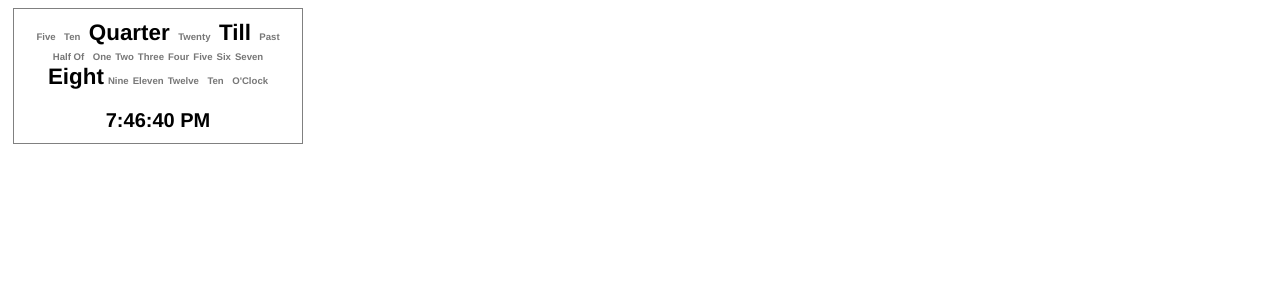
Repository: Skaidrius/WordClock
Page: index.html
The author's editor kept a record of every edit. The page is drawn from the files as they stood at one moment, then again after the next edit.
The browser window is 1280 px wide. The pictures show the whole page.
Some web libraries are served in a nearby version.

Above is the page before.

### index.html
<!DOCTYPE html>
<html>

<head>
    <meta charset="UTF-8">
    <title>Laikrodukas</title>
    <link type="text/css" rel="stylesheet" href="style.css"></link>
    <link type="text/css" rel="stylesheet" href="bower_components/ng-picky/src/style.css"></link>
</head>

<body ng-app="clockApp" ng-init="en=true; change=false">

    <div >
        <!--CLOCKS-->

        <!--clock english-->
        <clock-en ng-show='en'
            ng-click="  change=!change;
                        sets=false;
                        color=false;
                        picker=false;
                        lang=false"
            ng-init="   init();
                        timeEn.showClassName='active';
                        timeEn.hiddenClassName='passive';
                        change=false;
                        picker=false">
        </clock-en>
        <!--clock lithuanian-->
        <clock-lt ng-show="lt"
            ng-click="  change=!change;
                        sets=false;
                        color=false;
                        picker=false;
                        lang=false"
            ng-init="   init();
                        timeLt.showClassName='active';
                        timeLt.hiddenClassName='passive';
                        change=false;
                        picker=false">
        </clock-lt>
    </div>

    <div>
        <!--BUTTONS/SETTINGS -->

        <!--1. Min/max-->
        <button ng-show="change && en" ng-click="timeEn.changeClass(); change=!change">Max/Min</button>
        <button ng-show="change && lt" ng-click="timeLt.changeClass(); change=!change">Max/Min</button>

        <!--2. Settings-->
        <button ng-show="change" ng-init="en=true" ng-click="sets=!sets; color=false; lang=false; picker=false">
            <span ng-show="lt">Nustatymai</span>
            <span ng-show="en">Settings</span>
        </button>

        <!--3. Back -->
        <button ng-show="change" ng-init="en=true" ng-click="change=!change; sets=false">
            <span ng-show="lt">Laikrodis</span>
            <span ng-show="en">ClockView</span>
        </button>

        <!--2.1. Language -->
        <button ng-show="change && sets" ng-click="lang=!lang; color=false">
            <span ng-show="lt">Kalba</span>
            <span ng-show="en">Language</span>
        </button>

        <!--2.1.1. Language > pick language button-->
        <button ng-show="change && sets && lang">
            <span ng-show="lt" ng-click="en=true; lt=false; change=!change">En</span>
            <span ng-show="en" ng-click="en=false; lt=true; change=!change">Lt</span>
        </button>

        <!--2.2. Colors -->
        <button ng-show="change && sets" ng-click="color=!color; lang=false">
            <span ng-show="lt">Spalvos</span>
            <span ng-show="en">Color</span>
        </button>

        <!--2.2.1. Colors > background-->
        <button ng-show="change && sets && color" ng-click="picker=!picker">
            <span ng-show="lt">Fonas</span>
            <span ng-show="en">Background</span>
        </button>

        <!--2.2.2. Colors > font-->
        <button ng-show="change && sets && color" ng-click="picker=!picker">
            <span ng-show="lt">Raidės</span>
            <span ng-show="en">Font</span>
        </button>

        <!--2.2.1.1 && 2.2.2.1. Colors > background(font)> color - picker-->
        <div ng-show="picker">
        <div ng-show="picker" class='preview' style='color:{{color | toHex}};'></div>
        <picker ng-show="picker" color='color'></picker>
        </div>

        <!--HOURS AND MINS TEST ENVIRONMENT -->
        <div ng-show="change" ng-init="currHours = '1'; currMins = '0'; currSecs = '0'">
            <button ng-init="show=false;" ng-click="show=!show">Test</button>
            <div ng-show="show" >
                <clock-lt-test></clock-lt-test>
                    <input type="number" ng-model="currHours">
                    <input type="number" ng-model="currMins">
            </div>
        </div>
    </div>

<script src="https://ajax.googleapis.com/ajax/libs/angularjs/1.3.12/angular.min.js"></script>
<script type="text/javascript" src="app.module.js"></script>
<script type="text/javascript" src="controllers/time-en-controller.js"></script>
<script type="text/javascript" src="controllers/time-lt-controller.js"></script>
<script type="text/javascript" src="controllers/time-lt-test-controller.js"></script>
<script type="text/javascript" src="directives/clock-en-directive.js"></script>
<script type="text/javascript" src="directives/clock-lt-directive.js"></script>
<script type="text/javascript" src="directives/clock-lt-test-directive.js"></script>
<script type="text/javascript" src="services/data-en-service.js"></script>
<script type="text/javascript" src="services/data-lt-service.js"></script>
<script type="text/javascript" src="services/change-class-factory.js"></script>
<script type="text/javascript" src="bower_components/ng-picky/src/ng-picky.js"></script>

</body>

</html>

### style.css
body {
    font-family: 'Helvetica Neue',sans-serif;
}

.clck-bgr {
    text-align: center;
    max-width: 300px;
}

ul {
    max-width: 512px;
    height: auto;
    border: 1px solid grey;
    padding: 0.7em;
    margin: 5px;

}
ul li    {
    list-style: none;
    display: inline-block;
    padding: 0 2px;
    font-weight: bold;
}

button, input {
	background: #fff;
	margin: 5px;
	padding:5px 10px;
	max-width: 110px;
	color:#623F1D;
	font-family:'Helvetica Neue',sans-serif;
	font-size:16px;
	border-radius:30px;
	-moz-border-radius:30px;
	-webkit-border-radius:30px;
	border:1px solid grey;
}

.active {
    color: #000;
    font-size: 1.4em}
.passive  {
    color: #777;
    font-size: 0.6em}

.visible {
    visibility: visible;
    margin-top: 0.3em;
    font-size: 2em}
.hidden {
    display: none;
    font-size: 0.6em}

.digital {
    font-size: 20px;
    border: none;
    margin-bottom: 0;
    padding-bottom: 0;
}

### app.module.js
angular
    .module('clockApp', ['ngPicky']);

### controllers/time-en-controller.js
(function () {

'use strict';

function TimeEnController ($interval, $filter) {

    var vm = this;

//timeen
    vm.init = $interval(function(){
        vm.input = new Date();
        vm.currHours = $filter('date')(vm.input, 'h');
        vm.currMins = $filter('date')(vm.input, 'mm');
        vm.currSecs = $filter('date')(vm.input, 'ss');
        vm.currAP = $filter('date')(vm.input, 'a');
        },100 );

//dataen
    vm.hoursArray = [ {value:   1,     name: "One" },
                        {value:   2,     name: "Two"    },
                        {value:   3,     name: "Three"  },
                        {value:   4,     name: "Four"   },
                        {value:   5,     name: "Five"   },
                        {value:   6,     name: "Six"    },
                        {value:   7,     name: "Seven"  },
                        {value:   8,     name: "Eight"  },
                        {value:   9,     name: "Nine"   },
                        {value:  11,     name: "Eleven" },
                        {value:  12,     name: "Twelve"    },
                        {value:  13,     name: "One"      } ];

    vm.tenHours = {value:  10,     name: "Ten"   };
    vm.five =   {value:  5,     name:  "Five"    };

    vm.till = "Till";
    vm.after = "Past";

    vm.ten = "Ten";
    vm.fifteen = "Quarter";
    vm.twenty = "Twenty";
    vm.half = "Half Of";
    vm.hour = "O'Clock";

//classes
    vm.changeClass = function(){
        if (vm.showClassName != "active"){
            vm.showClassName = "active";
            vm.hiddenClassName = "passive";
          } else {
            vm.showClassName = "visible";
            vm.hiddenClassName = "hidden";
          }
    };
}

angular
    .module('clockApp')
    .controller('TimeEnController', ['$interval', '$filter', TimeEnController]);
})();

### controllers/time-lt-test-controller.js
(function () {

'use strict';

function TimeLtTestController() {

    var vm = this;
    //data
    vm.hoursPastHalf= [ {value:   1,     name: "Pirma" },
                    {value:   2,     name: "Dvi"        },
                    {value:   3,     name: "Trys"       },
                    {value:   4,     name: "Keturios"   },
                    {value:   6,     name: "Šešios"     },
                    {value:   7,     name: "Septynios"  },
                    {value:   8,     name: "Aštuonios"  },
                    {value:   9,     name: "Devynios"   },
                    {value:  11,     name: "Vienuolika" },
                    {value:  12,     name: "Dvylika"    },
                    {value:  13,     name: "Pirma"      } ];

    vm.tenHours = {value:  10,  name: "Dešimt"      };
    vm.five =   {value:  5,     name:  "Penkios"    };

    vm.hoursPastZero = [ {value:  1,     name: "Pirmos"     },
                    {value:  2,     name: "Dviejų"      },
                    {value:  3,     name: "Trijų"       },
                    {value:  4,     name: "Keturių"     },
                    {value:  5,     name: "Penkių"      },
                    {value:  6,     name: "Šešių"       },
                    {value:  7,     name: "Septynių"    },
                    {value:  8,     name: "Aštuonių"    },
                    {value:  9,     name: "Devynių"     },
                    {value:  11,    name: "Vienuolikos" },
                    {value:  12,    name: "Dvylikos"    },
                    {value:  13,    name: "Pirmos"      }  ];

    vm.till = "Be";
    vm.after = "Po";

    vm.fivetill = "Penkių";
    vm.ten = "Dešimt";
    vm.quarter = "Penkiolikos";
    vm.fifteen = "Penkiolika";
    vm.twenty = "Dvidešimt";
    vm.half = "Pusė";
    vm.afterhalf = "Pusės";

    vm.hour = "Valanda";
    vm.hours = "Valandos";
    vm.morehour = "Valandų";

    //classes
    vm.showClassName = 'active';
    vm.hiddenClassName = 'passive';

}

angular
    .module('clockApp')
    .controller('TimeLtTestController', TimeLtTestController);

})();

### directives/clock-en-directive.js
(function () {

'use strict';

function clockEn() {

    var directive = {
        restrict: 'E',
        templateUrl: 'directives/clock-en.html',
        controller: "TimeEnController",
        controllerAs: "timeEn"
    };
    return directive;
}

angular
    .module('clockApp')
    .directive('clockEn', clockEn);
})();

### directives/clock-lt-directive.js
(function () {

'use strict';

function clockLt() {

    var directive = {
        restrict: 'E',
        templateUrl: 'directives/clock-lt.html',
        controller: "TimeLtController",
        controllerAs: "timeLt"
    };
    return directive;
}

angular
    .module('clockApp')
    .directive('clockLt', clockLt);
})();

### directives/clock-lt-test-directive.js
(function () {

'use strict';

function testLt() {

    var directive = {
        restrict: 'E',
        templateUrl: 'directives/clock-lt-test.html',
        controller: "TimeLtTestController",
        controllerAs: "testLt"
    };
    return directive;

}

angular
    .module('clockApp')
    .directive('clockLtTest', testLt);

})();

### services/data-en-service.js
(function () {

'use strict';

function data() {

    return {

        hoursArray : [ {value:   1,     name: "One" },
                            {value:   2,     name: "Two"    },
                            {value:   3,     name: "Three"  },
                            {value:   4,     name: "Four"   },
                            {value:   5,     name: "Five"   },
                            {value:   6,     name: "Six"    },
                            {value:   7,     name: "Seven"  },
                            {value:   8,     name: "Eight"  },
                            {value:   9,     name: "Nine"   },
                            {value:  11,     name: "Eleven" },
                            {value:  12,     name: "Twelve"    },
                            {value:  13,     name: "One"      } ],

        tenHours : {value:  10,     name: "Ten"   },
        five :  {value:  5,     name:  "Five"    },

        till : "Till",
        after : "Past",

        ten : "Ten",
        fifteen : "Quarter",
        twenty : "Twenty",
        half : "Half Of",
        afterhalf : "Half Of",

        hour : "O'Clock"


    };

    }

angular
    .module('clockApp')
    .factory('dataEn', data);

})();

### directives/clock-en.html
<div class="clck-bgr">
<ul>
    <!--shows FIVE-->
    <li ng-class="timeEn.currMins < 10 && timeEn.five.value == timeEn.currHours ||
                    timeEn.currMins >=5 && timeEn.currMins < 10 ||
                    timeEn.currMins >= 35 && timeEn.currMins < 40 ||
                    timeEn.currMins >=25 && timeEn.currMins < 30 ||
                    timeEn.currMins >=  55 ?
                        timeEn.showClassName : timeEn.hiddenClassName">{{timeEn.five.name}}</li>

    <!--shows TEN                -->
    <li ng-class="timeEn.currMins >= 50 && timeEn.currMins < 55 ||
                    timeEn.currMins >=10 && timeEn.currMins < 15 ?
                        timeEn.showClassName : timeEn.hiddenClassName">{{timeEn.ten}}</li>

    <!--shows QUARTER                    -->
    <li ng-class="timeEn.currMins >= 15 && timeEn.currMins < 20 ||
                    timeEn.currMins >= 45 && timeEn.currMins < 50 ?
                        timeEn.showClassName : timeEn.hiddenClassName">{{timeEn.fifteen}}</li>

    <!--shows TWENTY                    -->
    <li ng-class="timeEn.currMins >= 40 && timeEn.currMins < 45 ||
                    timeEn.currMins >= 20 && timeEn.currMins < 25 ?
                        timeEn.showClassName : timeEn.hiddenClassName">{{timeEn.twenty}}</li>

    <!--shows TILL -->
    <li ng-class="timeEn.currMins >= 25 && timeEn.currMins < 30 ||
                    timeEn.currMins >= 40 ?
                        timeEn.showClassName : timeEn.hiddenClassName">{{timeEn.till}}</li>

    <!--shows PAST -->
    <li ng-class="timeEn.currMins >= 5 && timeEn.currMins < 25 ||
                    timeEn.currMins >= 35 && timeEn.currMins < 40 ?
                        timeEn.showClassName : timeEn.hiddenClassName">{{timeEn.after}}</li>

    <!--shows HALF OF -->
    <li ng-class="timeEn.currMins >= 25 && timeEn.currMins < 35 ||
                    timeEn.currMins >= 35 && timeEn.currMins < 40 ||
                    timeEn.currMins >= 35 && timeEn.currMins < 40 ?
                        timeEn.showClassName : timeEn.hiddenClassName">{{timeEn.half}}</li>

    <!--shows HOURS -->
    <li ng-show="item.value!= 13"
        ng-repeat="item in timeEn.hoursArray"
        ng-class="timeEn.currMins >= 40 && item.value-1 == timeEn.currHours ||
                    timeEn.currMins < 5 && item.value == timeEn.currHours ||
                    timeEn.currMins >= 5 && timeEn.currMins < 25 && item.value == timeEn.currHours ||
                    timeEn.currMins >= 25 && item.value-1 == timeEn.currHours ||
                    timeEn.currMins >= 25 && item.value == timeEn.currHours-11?
                        timeEn.showClassName : timeEn.hiddenClassName">{{item.name }}</li>

    <!--shows TEN HOUR -->
    <li ng-class="timeEn.currMins >= 0 && timeEn.currMins < 25 && timeEn.currHours == timeEn.tenHours.value ||
                    timeEn.currMins >= 25 && timeEn.tenHours.value-1 == timeEn.currHours?
                        timeEn.showClassName : timeEn.hiddenClassName">{{timeEn.tenHours.name}}</li>

    <!--shows O'CLOCK -->
    <li ng-class="timeEn.currMins < 5 ?
                        timeEn.showClassName : timeEn.hiddenClassName">{{timeEn.hour}}</li>

    <!--shows DIGITAL CLOCK + PM -->
    <ul class="digital">
        <li>{{timeEn.currHours}}:{{timeEn.currMins}}:{{timeEn.currSecs}} {{timeEn.currAP}}</li>
    </ul>

</ul>


</div>

### directives/clock-lt.html
<div class="clck-bgr">
<ul>
    <!--shows PO -->
    <li ng-class="timeLt.currMins >= 5 && timeLt.currMins < 25 ||
                    timeLt.currMins >= 35 && timeLt.currMins < 40 ?
                        timeLt.showClassName : timeLt.hiddenClassName">{{timeLt.after}}</li>

    <!--shows BE -->
    <li ng-class="timeLt.currMins >= 25 && timeLt.currMins < 30 ||
                    timeLt.currMins >= 40 ?
                        timeLt.showClassName : timeLt.hiddenClassName">{{timeLt.till}}</li>

    <!--shows PUSES -->
    <li ng-class="timeLt.currMins >= 35 && timeLt.currMins < 40 ?
                        timeLt.showClassName : timeLt.hiddenClassName ">{{timeLt.afterhalf}}</li>

    <!--shows PENKIU -->
    <li ng-class="timeLt.currMins >= 25 && timeLt.currMins < 30 ||
                    timeLt.currMins >=  55 ?
                        timeLt.showClassName : timeLt.hiddenClassName">{{timeLt.fivetill}}</li>

    <!--shows DESIMT -->
    <li ng-class="timeLt.currMins >= 50 && timeLt.currMins < 55 ||
                    timeLt.currMins >= 10 && timeLt.currMins < 15 && timeLt.currHours == timeLt.tenHours.value ||
                    timeLt.currMins >= 10 && timeLt.currMins < 15 && timeLt.currHours - 12 == timeLt.tenHours.value ?
                        timeLt.showClassName : timeLt.hiddenClassName">{{timeLt.ten}}</li>

    <!--shows PENKIOLIKOS -->
    <li ng-class="timeLt.currMins >= 45 && timeLt.currMins < 50 ?
                        timeLt.showClassName : timeLt.hiddenClassName">{{timeLt.quarter}}</li>

    <!--shows DVIDESIMT -->
    <li ng-class="timeLt.currMins >= 40 && timeLt.currMins < 45 ?
                        timeLt.showClassName : timeLt.hiddenClassName">{{timeLt.twenty}}</li>

    <!--shows PUSE -->
    <li ng-class="timeLt.currMins >= 25 && timeLt.currMins < 35 ?
                        timeLt.showClassName : timeLt.hiddenClassName">{{timeLt.half}}</li>

    <!--shows HOURS past half (hours + 1)-->
    <li ng-show="item.value!= 13"
        ng-repeat="item in timeLt.hoursPastHalf"
        ng-class="timeLt.currMins >= 40 && item.value-1 == timeLt.currHours ||
                    timeLt.currMins >= 40 && item.value-1 == timeLt.currHours-12 ||
                    timeLt.currMins < 5 && item.value == timeLt.currHours ||
                    timeLt.currMins < 5 && item.value == timeLt.currHours - 12?
                        timeLt.showClassName : timeLt.hiddenClassName">{{item.name }}</li>

    <!--shows HOURS past zero -->
    <li ng-show="item.value!= 13"
        ng-repeat="item in timeLt.hoursPastZero"
        ng-class="timeLt.currMins >= 5 && timeLt.currMins < 25 && item.value == timeLt.currHours ||
                    timeLt.currMins >= 5 && timeLt.currMins < 25 && item.value == timeLt.currHours -12 ||
                    timeLt.currMins >= 25 && timeLt.currMins < 40 && item.value-1 == timeLt.currHours ||
                    timeLt.currMins >= 25 && timeLt.currMins < 40 && item.value-1 == timeLt.currHours - 12 ?
                        timeLt.showClassName : timeLt.hiddenClassName">{{item.name }}</li>

    <!--shows DESIMT -->
    <li ng-class="timeLt.currMins > 9 && timeLt.currMins < 15 ||
                    timeLt.currHours == timeLt.tenHours.value && timeLt.currMins >= 0 && timeLt.currMins < 25 ||
                    timeLt.currHours - 12 == timeLt.tenHours.value && timeLt.currMins >= 0 && timeLt.currMins < 25 ||
                    timeLt.currMins >= 25 && timeLt.currMins < 60 && timeLt.tenHours.value-1 == timeLt.currHours ||
                    timeLt.currMins >= 25 && timeLt.currMins < 60 && timeLt.tenHours.value-1 == timeLt.currHours - 12 ?
                        timeLt.showClassName : timeLt.hiddenClassName">{{timeLt.tenHours.name}}</li>
    <!--shows PENKIOS -->
    <li ng-class="timeLt.currMins < 10 && timeLt.five.value == timeLt.currHours ||
                    timeLt.currMins < 10 && timeLt.five.value == timeLt.currHours - 12 ||
                    timeLt.currMins > 35 && timeLt.five.value-1 == timeLt.currHours ||
                    timeLt.currMins > 35 && timeLt.five.value-1 == timeLt.currHours - 12 ||
                    timeLt.currMins >=5 && timeLt.currMins < 10 ||
                    timeLt.currMins >= 35 && timeLt.currMins < 40 ?
                        timeLt.showClassName : timeLt.hiddenClassName">{{timeLt.five.name}}</li>

    <!--shows PENKIOLIKA -->
    <li ng-class="timeLt.currMins >= 15 && timeLt.currMins < 20 ?
                        timeLt.showClassName : timeLt.hiddenClassName">{{timeLt.fifteen}}</li>

    <!--shows DVIDESIMT -->
    <li ng-class="timeLt.currMins >= 20 && timeLt.currMins < 25 ?
                        timeLt.showClassName : timeLt.hiddenClassName">{{timeLt.twenty}}</li>

    <!--shows VALANDA -->
    <li ng-class="timeLt.currMins < 5 && timeLt.currHours == 1 ||
                    timeLt.currMins < 5 && timeLt.currHours - 12 == 1 ?
                        timeLt.showClassName : timeLt.hiddenClassName">{{timeLt.hour}}</li>

    <!--shows VALANDOS -->
    <li ng-class="timeLt.currMins < 5 && timeLt.currHours > 1 && timeLt.currHours <= 9 ||
                    timeLt.currMins < 5 && timeLt.currHours > 13 && timeLt.currHours <= 21 ?
                        timeLt.showClassName : timeLt.hiddenClassName">{{timeLt.hours}}</li>

    <!--shows VALANDU -->
    <li ng-class="timeLt.currMins < 5 && timeLt.currHours > 9 && timeLt.currHours < 13 ||
                    timeLt.currMins < 5 && timeLt.currHours > 21 ?
                        timeLt.showClassName : timeLt.hiddenClassName">{{timeLt.morehour}}</li>

    <!--shows DIGITAL CLOCK -->
    <ul class="digital">
        <li>{{timeLt.currHours}}:{{timeLt.currMins}}:{{timeLt.currSecs}}</li>
    </ul>
</ul>
</div>

### directives/clock-lt-test.html
<div class="clck-bgr">
<ul>
    <li ng-class="currMins >= 5 && currMins < 25 ||
                    currMins >= 35 && currMins < 40 ?
                        testLt.showClassName : testLt.hiddenClassName">{{testLt.after}}</li>

    <li ng-class="currMins >= 25 && currMins < 30 ||
                    currMins >= 40 ?
                        testLt.showClassName : testLt.hiddenClassName">{{testLt.till}}</li>

    <li ng-class="currMins >= 35 && currMins < 40 ?
                        testLt.showClassName : testLt.hiddenClassName ">{{testLt.afterhalf}}</li>

    <li ng-class="currMins >= 25 && currMins < 30 ||
                    currMins >=  55 ?
                        testLt.showClassName : testLt.hiddenClassName">{{testLt.fivetill}}</li>

    <li ng-class="currMins >= 50 && currMins < 55 ||
                    currMins >= 10 && currMins < 15 && currHours == testLt.tenHours.value ||
                    currMins >= 10 && currMins < 15 && currHours - 12 == testLt.tenHours.value ?
                        testLt.showClassName : testLt.hiddenClassName">{{testLt.ten}}</li>

    <li ng-class="currMins >= 45 && currMins < 50 ?
                        testLt.showClassName : testLt.hiddenClassName">{{testLt.quarter}}</li>

    <li ng-class="currMins >= 40 && currMins < 45 ?
                        testLt.showClassName : testLt.hiddenClassName">{{testLt.twenty}}</li>

    <li ng-class="currMins >= 25 && currMins < 35 ?
                        testLt.showClassName : testLt.hiddenClassName">{{testLt.half}}</li>

    <li ng-show="item.value!= 13"
        ng-repeat="item in testLt.hoursPastHalf"
        ng-class="currMins >= 40 && item.value-1 == currHours ||
                    currMins >= 40 && item.value-1 == currHours-12 ||
                    currMins < 5 && item.value == currHours ||
                    currMins < 5 && item.value == currHours - 12?
                        testLt.showClassName : testLt.hiddenClassName">{{item.name }}</li>

    <li ng-show="item.value!= 13"
        ng-repeat="item in testLt.hoursPastZero"
        ng-class="currMins >= 5 && currMins < 25 && item.value == currHours ||
                    currMins >= 5 && currMins < 25 && item.value == currHours -12 ||
                    currMins >= 25 && currMins < 40 && item.value-1 == currHours ||
                    currMins >= 25 && currMins < 40 && item.value-1 == currHours - 12 ?
                        testLt.showClassName : testLt.hiddenClassName">{{item.name }}</li>

    <li ng-class="currMins > 9 && currMins < 15 ||
                    currHours == testLt.tenHours.value && currMins >= 0 && currMins < 25 ||
                    currHours - 12 == testLt.tenHours.value && currMins >= 0 && currMins < 25 ||
                    currMins >= 25 && currMins < 60 && testLt.tenHours.value-1 == currHours ||
                    currMins >= 25 && currMins < 60 && testLt.tenHours.value-1 == currHours - 12 ?
                        testLt.showClassName : testLt.hiddenClassName">{{testLt.tenHours.name}}</li>

    <li ng-class="currMins < 10 && testLt.five.value == currHours ||
                    currMins < 10 && testLt.five.value == currHours - 12 ||
                    currMins > 35 && testLt.five.value-1 == currHours ||
                    currMins > 35 && testLt.five.value-1 == currHours - 12 ||
                    currMins >=5 && currMins < 10 ||
                    currMins >= 35 && currMins < 40 ?
                        testLt.showClassName : testLt.hiddenClassName">{{testLt.five.name}}</li>

    <li ng-class="currMins >= 15 && currMins < 20 ?
                        testLt.showClassName : testLt.hiddenClassName">{{testLt.fifteen}}</li>

    <li ng-class="currMins >= 20 && currMins < 25 ?
                        testLt.showClassName : testLt.hiddenClassName">{{testLt.twenty}}</li>

    <li ng-class="currMins < 5 && currHours == 1 ||
                    currMins < 5 && currHours - 12 == 1 ?
                        testLt.showClassName : testLt.hiddenClassName">{{testLt.hour}}</li>

    <li ng-class="currMins < 5 && currHours > 1 && currHours <= 9 ||
                    currMins < 5 && currHours > 13 && currHours <= 21 ?
                        testLt.showClassName : testLt.hiddenClassName">{{testLt.hours}}</li>

    <li ng-class="currMins < 5 && currHours > 9 && currHours < 13 ||
                    currMins < 5 && currHours > 21 ?
                        testLt.showClassName : testLt.hiddenClassName">{{testLt.morehour}}</li>

    <ul class="digital">
        <li>{{currHours}}:{{currMins}}:{{currSecs}}</li>
    </ul>
</ul>
</div>

Loaded but not shown: bower_components/ng-picky/src/ng-picky.js (library); controllers/time-lt-controller.js (76 lines, source omitted); services/change-class-factory.js (no copy from this time; the picture is the same without it); services/data-lt-service.js (no copy from this time; the picture is the same without it)

After the next edit:
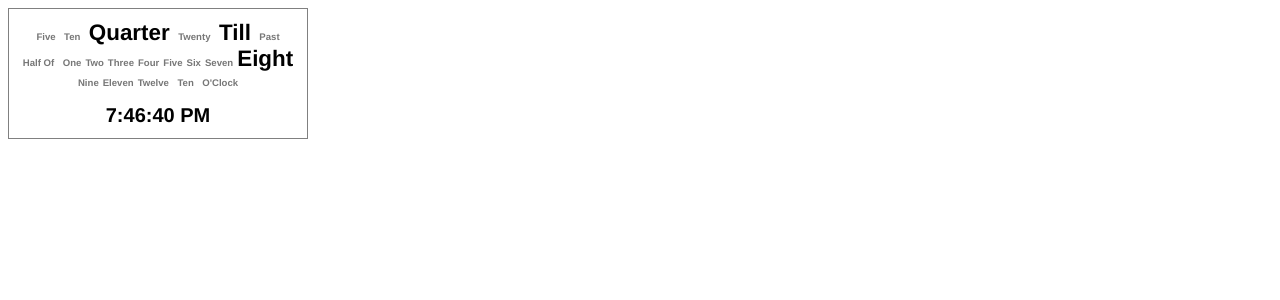
The edit:
--- a/style.css
+++ b/style.css
@@ -12,7 +12,7 @@
     height: auto;
     border: 1px solid grey;
     padding: 0.7em;
-    margin: 5px;
+    margin: 0px;
 
 }
 ul li    {
